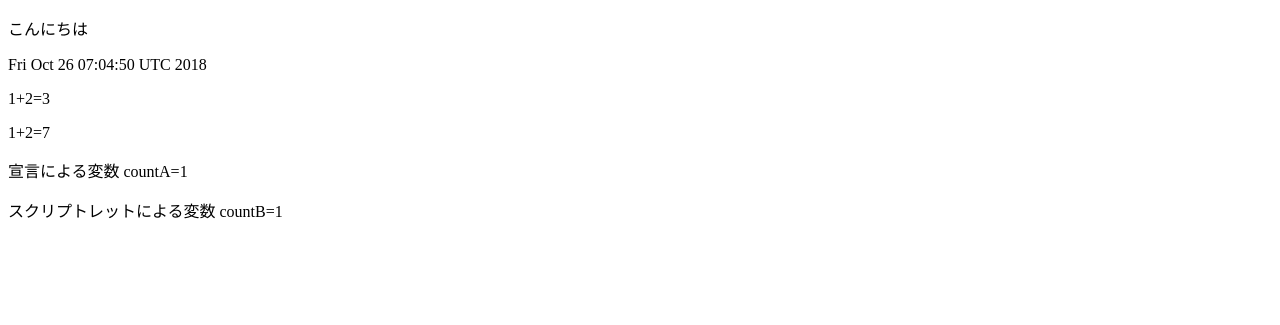
Repository: nanami-utsuhara/test
Page: http://localhost/Hello.JSP/
An editor plug-in stored every save of this project. The page is shown before and after the next save, followed by the edit.
The browser window is 1280 px wide. The pictures show the whole page.
The page is served by Tomcat 9.

Above is the page before, as saved 2018-10-26 07:50:25.

After the next save:
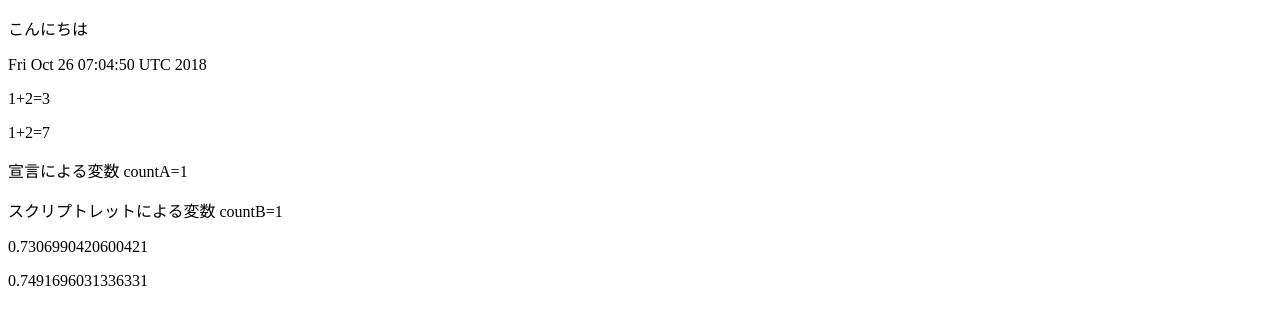
Saved 16 min 16 s later.
--- a/Hello.JSP/WebContent/index.jsp
+++ b/Hello.JSP/WebContent/index.jsp
@@ -8,7 +8,7 @@
 <body>
 	<p>こんにちは</p>
 
-<% out.println(new java.util.Date()); %>
+	<% out.println(new java.util.Date()); %>
 
 	<%!
 	static int add(int a, int b) {
@@ -20,7 +20,7 @@
 	<p>1+2=<%=add(3,4) %></p>
 
 
-	<%! static int countA=0;%>
+	<%! static int countA=0; %>
 	<%
 	int countB=0;
 	countA++;
@@ -30,5 +30,9 @@
 	<p>宣言による変数 countA=<%=countA %></p>
 	<p>スクリプトレットによる変数 countB=<%=countB %></p>
 
+
+	<p><% out.println(Math.random()); %></p>
+	<p><%=Math.random() %>
+
 </body>
 </html>
